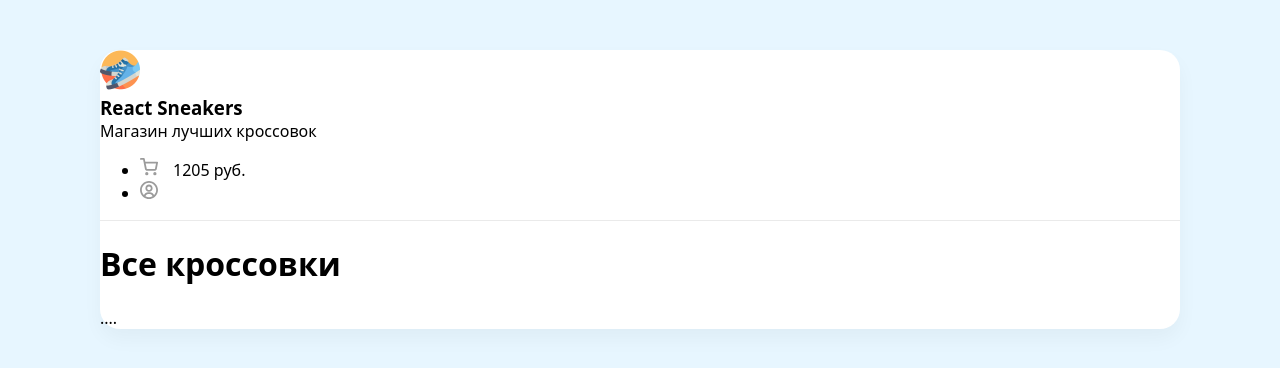
Repository: Insolent13/react-sneakers
Page: /
An editor plug-in stored every save of this project. The page is shown before and after a run of saves, followed by the edit.
The browser window is 1280 px wide. The pictures show the whole page.
The project was rebuilt for these pictures with package versions that can differ from the ones it lists, and the page was loaded fresh each time.

Above is the page before, as saved 2024-07-07 23:25:20.

After the next 6 saves:
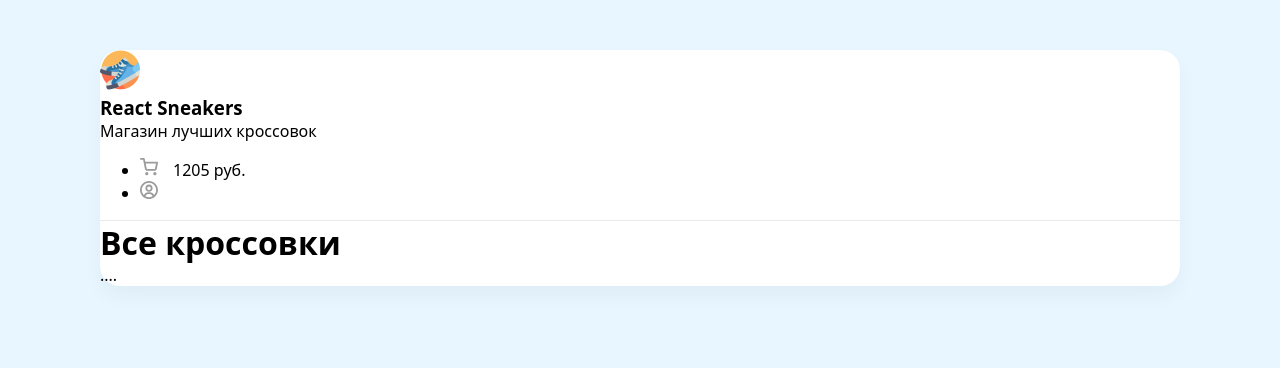
The 6 saves are shown as one change because 2 did not build or start and some came seconds apart.
The last was saved 54 s later.
--- a/src/index.scss
+++ b/src/index.scss
@@ -25,3 +25,9 @@
     margin: 0;
   }
 }
+
+.content {
+  h1 {
+    margin: 0;
+  }
+}
